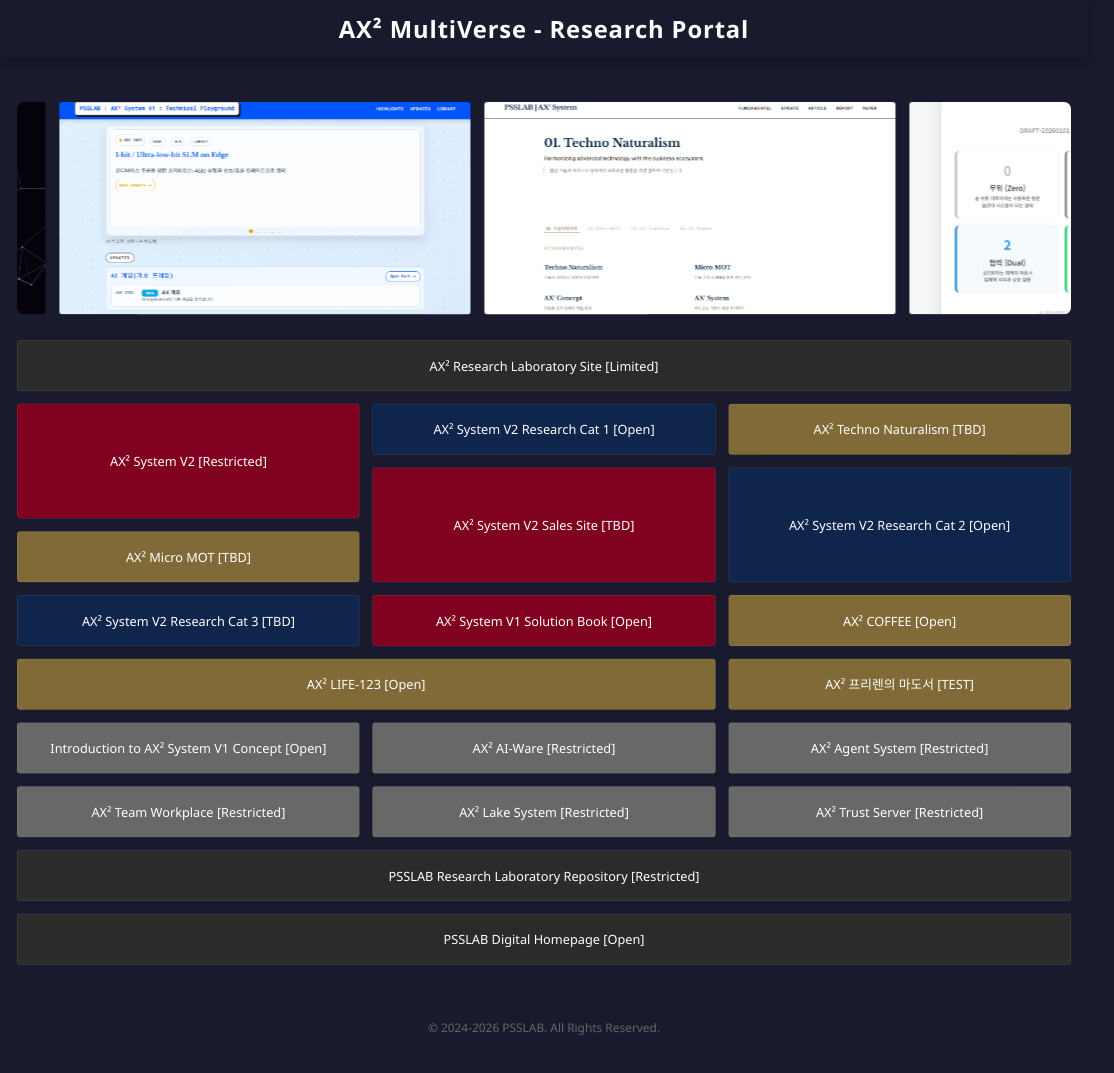
Repository: hycse89/PSSLAB_OpenSite
Page: psslab_multiverse_v3.html
The author's editor kept a copy of each file at every save. The page is drawn from the files as they stood at one save, then again after a run of saves.
The browser window is 1280 px wide. The page is 1310 px wide, so the pictures cover 1310 px, including what lies to the right of the window. The pictures show the whole page, at 85% of full size.

Above is the page before, as saved 2026-01-11 21:56:02.

After the next 4 saves:
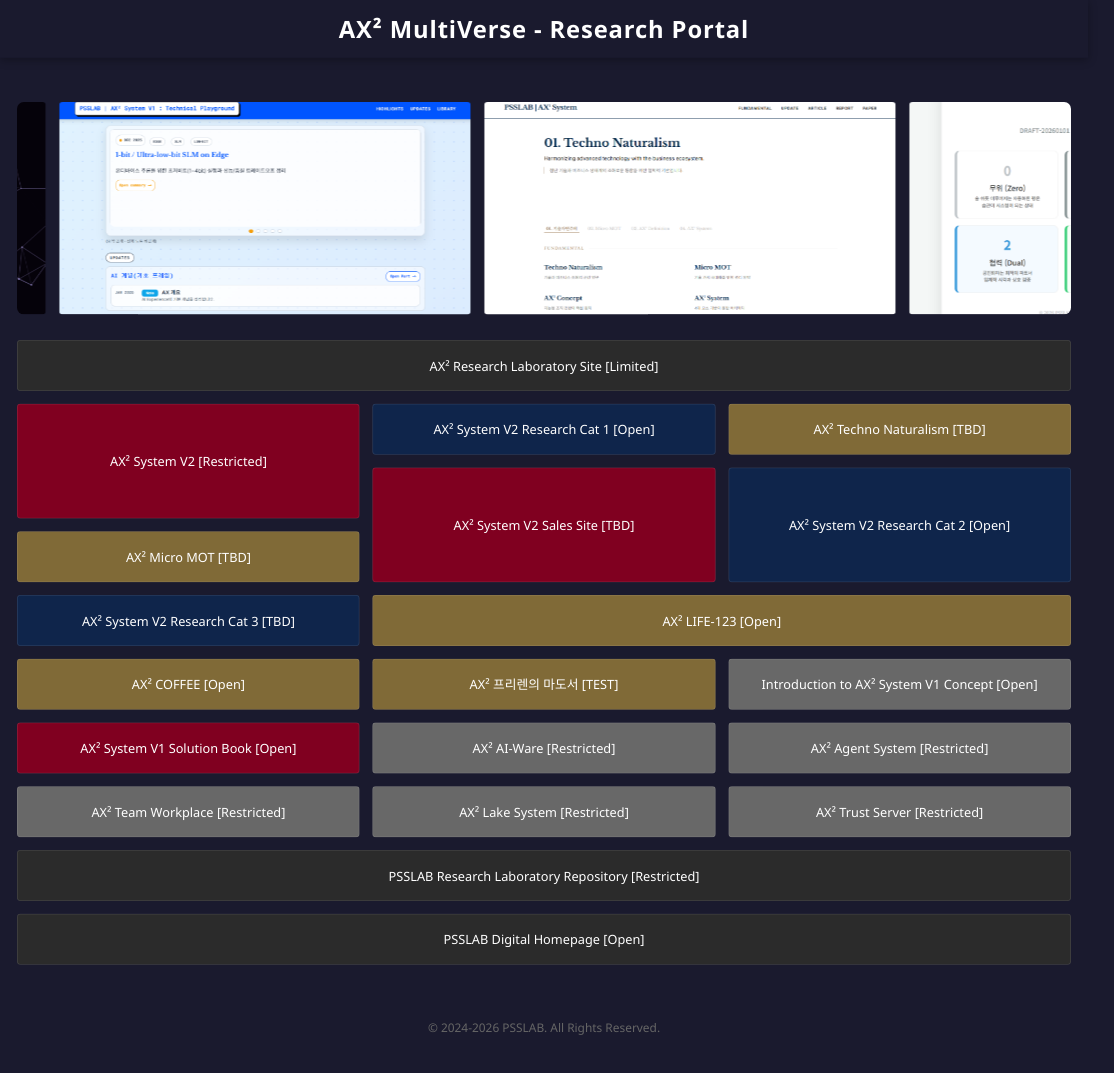
The 4 saves are shown as one change because they came seconds apart.
The last was saved 14 s later.
--- a/psslab_multiverse_v3.html
+++ b/psslab_multiverse_v3.html
@@ -197,13 +197,13 @@
 
             <a href="ax2_v3_20260101/index.html" class="link-button color-1 h-1">AX² System V2 Research Cat 3 [TBD]</a>
 
-            <a href="ax2_v1_concept/solution_book/index.html" class="link-button color-2 h-1">AX² System V1 Solution Book [Open]</a>
 
             <a href="http://localhost:8001/ax_site/ax2_life_123/index.html" class="link-button color-3 w-2 h-1">AX² LIFE-123 [Open]</a>
             <a href="http://localhost:8001/ax_site/ax2_coffee/index.html" class="link-button color-3 h-1">AX² COFFEE [Open]</a>
             <a href="http://localhost:8001/ax_site/ax2_frieren/index.html" class="link-button color-3 h-1">AX² 프리렌의 마도서 [TEST]</a>
 
             <a href="ax2_v1_concept/ax2_homepage.html" class="link-button color-5 h-1">Introduction to AX² System V1 Concept [Open]</a>
+            <a href="ax2_v1_concept/solution_book/index.html" class="link-button color-2 h-1">AX² System V1 Solution Book [Open]</a>
             <a href="http://localhost:8002" class="link-button color-5 w-1 h-1">AX² AI-Ware [Restricted]</a>
             <a href="http://localhost:8003" class="link-button color-5 w-1 h-1">AX² Agent System [Restricted]</a>
             <a href="http://localhost:8007" class="link-button color-5 w-1 h-1">AX² Team Workplace [Restricted]</a>
